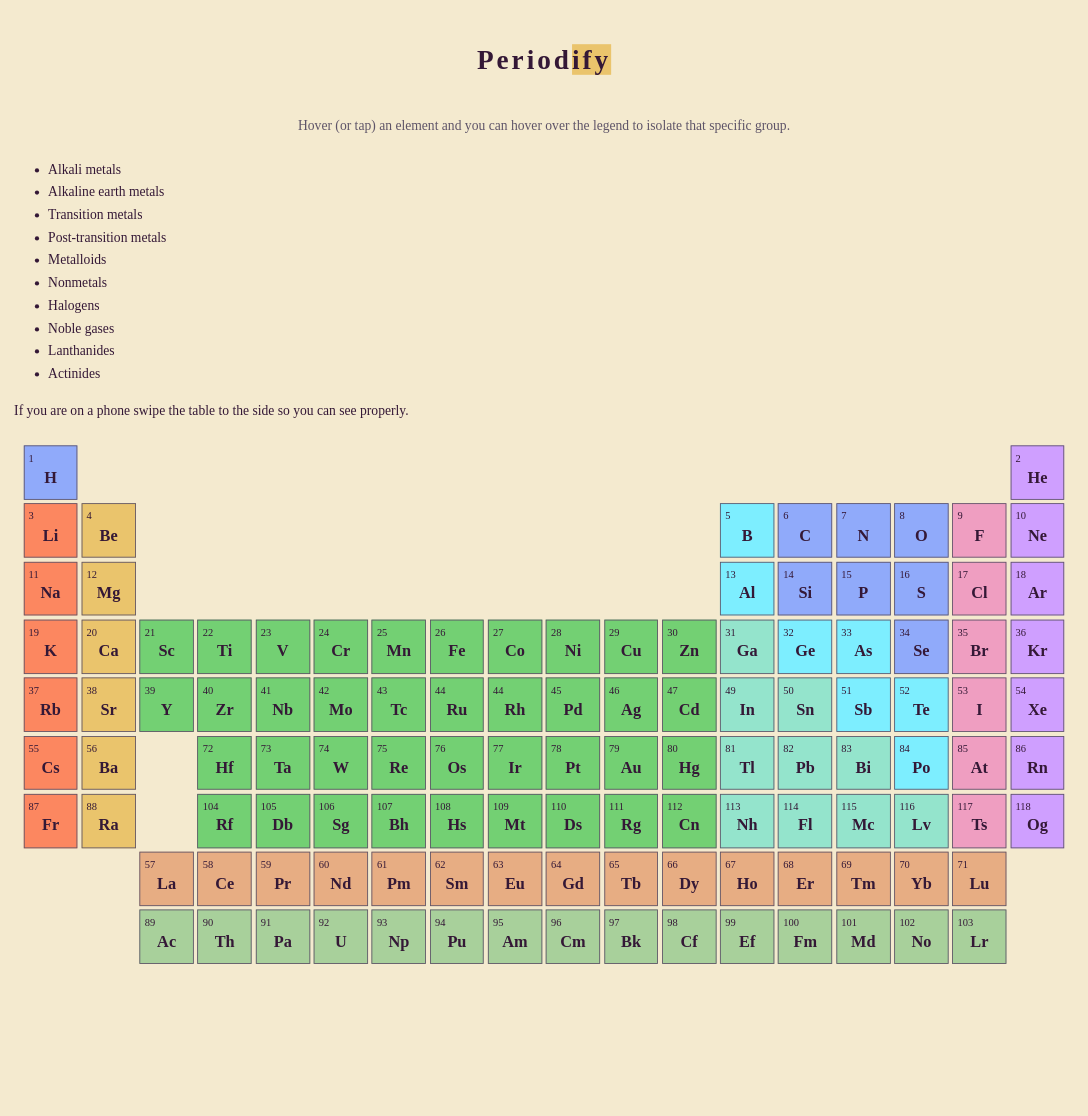
Repository: manayparikh1/Periodify
Page: index.html
These files come from the project's save history. The page is drawn as it stood at one moment and after the next save; the edit follows.
The browser window is 1280 px wide. The pictures show the whole page, at 85% of full size.

Above is the page before, as saved 2026-10-19 19:38:26.

### index.html
<!DOCTYPE html>
<html lang="en">

<head>
    <meta charset="UTF-8">
    <meta name="viewport" content="width=device-width, initial-scale=1.0">
    <title>Periodify</title>
</head>

<body>
    <!-- === HTML STARTS here===-->
    <header>
        <h1>Period<span>ify</span></h1>
        <p>Hover (or tap) an element and you can hover over the legend to isolate that specific group.</p>
    </header>
    <!-- === Legend === -->
    <ul class="legend">
        <li class="k-ak" style="--c: var(--ak);">Alkali metals</li>
        <li class="k-ae" style="--c: var(--ae);">Alkaline earth metals</li>
        <li class="k-tm" style="--c: var(--tm);">Transition metals</li>
        <li class="k-pt" style="--c: var(--pt);">Post-transition metals</li>
        <li class="k-md" style="--c: var(--md);">Metalloids</li>
        <li class="k-nm" style="--c: var(--nm);">Nonmetals</li>
        <li class="k-hg" style="--c: var(--hg);">Halogens</li>
        <li class="k-hl" style="--c: var(--hl);">Noble gases</li>
        <li class="k-la" style="--c: var(--la);">Lanthanides</li>
        <li class="k-ac" style="--c: var(--ac);">Actinides</li>
    </ul>
    <p class="hint">If you are on a phone swipe the table to the side so you can see properly.</p>
    <div class="scroll">
        <div class="table">

            <!-- The first period -->
            <div class="el nm" tabindex="0"><i>1</i><b>H</b><span>Hydrogen<br>Atomic mass = 1.008</span></div>
            <div class="gap" style="--n:16"></div>
            <!-- Gives a 16 element gap because hydron and helium are not in the same column -->
            <div class="el ng" tabindex="0"><i>2</i><b>He</b><span>Helium<br>Atomic mass = 4.003</span></div>
            <!-- The second period -->
            <div class="el ak" tabindex="0"><i>3</i><b>Li</b><span>Lithium<br>Atomic mass = 6.94</span></div>
            <div class="el ae" tabindex="0"><i>4</i><b>Be</b><span>Beryllium<br>Atomic mass = 9.012</span></div>
            <div class="gap" style="--n:10"></div>
            <div class="el md" tabindex="0"><i>5</i><b>B</b><span>Boron<br>Atomic mass = 10.81</span></div>
            <div class="el nm" tabindex="0"><i>6</i><b>C</b><span>Carbon<br>Atomic mass = 12.01</span></div>
            <div class="el nm" tabindex="0"><i>7</i><b>N</b><span>Nitrogen<br>Atomic mass = 14.01</span></div>
            <div class="el nm" tabindex="0"><i>8</i><b>O</b><span>Oxygen<br>Atomic mass = 16.00</span></div>
            <div class="el hg" tabindex="0"><i>9</i><b>F</b><span>Fluorine<br>Atomic mass = 19.00</span></div>
            <div class="el ng" tabindex="0"><i>10</i><b>Ne</b><span>Neon<br>Atomic mass = 20.18</span></div>
            <!-- The third period -->
            <div class="el ak" tabindex="0"><i>11</i><b>Na</b><span>Sodium<br>Atomic mass = 22.99</span></div>
            <div class="el ae" tabindex="0"><i>12</i><b>Mg</b><span>Magnesium<br>Atomic mass = 24.31</span></div>
            <div class="gap" style="--n:10"></div>
            <div class="el md" tabindex="0"><i>13</i><b>Al</b><span>Aluminum<br>Atomic mass = 26.98</span></div>
            <div class="el nm" tabindex="0"><i>14</i><b>Si</b><span>Silicon<br>Atomic mass = 28.09</span></div>
            <div class="el nm" tabindex="0"><i>15</i><b>P</b><span>Phosphorus<br>Atomic mass = 30.97</span></div>
            <div class="el nm" tabindex="0"><i>16</i><b>S</b><span>Sulfur<br>Atomic mass = 32.06</span></div>
            <div class="el hg" tabindex="0"><i>17</i><b>Cl</b><span>Chlorine<br>Atomic mass = 35.45</span></div>
            <div class="el ng" tabindex="0"><i>18</i><b>Ar</b><span>Argon<br>Atomic mass = 39.95</span></div>
            <!-- the fourth period -->
            <div class="el ak" tabindex="0"><i>19</i><b>K</b><span>Potassium<br>Atomic mass = 39.09</span></div>
            <div class="el ae" tabindex="0"><i>20</i><b>Ca</b><span>Calcium<br>Atomic mass = 40.08</span></div>
            <div class="el tm" tabindex="0"><i>21</i><b>Sc</b><span>Scandium<br>Atomic mass = 44.96</span></div>
            <div class="el tm" tabindex="0"><i>22</i><b>Ti</b><span>Titanium<br>Atomic mass = 47.87</span></div>
            <div class="el tm" tabindex="0"><i>23</i><b>V</b><span>Vanadium<br>Atomic mass = 50.94</span></div>
            <div class="el tm" tabindex="0"><i>24</i><b>Cr</b><span>Chromium<br>Atomic mass = 52.00</span></div>
            <div class="el tm" tabindex="0"><i>25</i><b>Mn</b><span>Manganese<br>Atomic mass = 54.94</span></div>
            <div class="el tm" tabindex="0"><i>26</i><b>Fe</b><span>Iron<br>Atomic mass = 55.85</span></div>
            <div class="el tm" tabindex="0"><i>27</i><b>Co</b><span>Cobalt<br>Atomic mass = 58.93</span></div>
            <div class="el tm" tabindex="0"><i>28</i><b>Ni</b><span>Nickel<br>Atomic mass = 58.69</span></div>
            <div class="el tm" tabindex="0"><i>29</i><b>Cu</b><span>Copper<br>Atomic mass = 63.55</span></div>
            <div class="el tm" tabindex="0"><i>30</i><b>Zn</b><span>Zinc<br>Atomic mass = 65.38</span></div>
            <div class="el pt" tabindex="0"><i>31</i><b>Ga</b><span>Gallium<br>Atomic mass = 69.72</span></div>
            <div class="el md" tabindex="0"><i>32</i><b>Ge</b><span>Germanium<br>Atomic mass = 72.63</span></div>
            <div class="el md" tabindex="0"><i>33</i><b>As</b><span>Arsenic<br>Atomic mass = 74.92</span></div>
            <div class="el nm" tabindex="0"><i>34</i><b>Se</b><span>Selenium<br>Atomic mass = 78.96</span></div>
            <div class="el hg" tabindex="0"><i>35</i><b>Br</b><span>Bromine<br>Atomic mass = 79.90</span></div>
            <div class="el ng" tabindex="0"><i>36</i><b>Kr</b><span>Krypton<br>Atomic mass = 83.80</span></div>
            <!-- the fifth period -->
            <div class="el ak" tabindex="0"><i>37</i><b>Rb</b><span>Rubidium<br>Atomic mass = 85.47</span></div>
            <div class="el ae" tabindex="0"><i>38</i><b>Sr</b><span>Strontium<br>Atomic mass = 87.62</span></div>
            <div class="el tm" tabindex="0"><i>39</i><b>Y</b><span>Yttrium<br>Atomic mass = 88.91</span></div>
            <div class="el tm" tabindex="0"><i>40</i><b>Zr</b><span>Zirconium<br>Atomic mass = 91.22</span></div>
            <div class="el tm" tabindex="0"><i>41</i><b>Nb</b><span>Niobium<br>Atomic mass = 92.91</span></div>
            <div class="el tm" tabindex="0"><i>42</i><b>Mo</b><span>Molybdenum<br>Atomic mass = 95.95</span></div>
            <div class="el tm" tabindex="0"><i>43</i><b>Tc</b><span>Technetium<br>Atomic mass = 98.00</span></div>
            <div class="el tm" tabindex="0"><i>44</i><b>Ru</b><span>Ruthenium<br>Atomic mass = 101.07</span></div>
            <div class="el tm" tabindex="0"><i>44</i><b>Rh</b><span>Rhodium<br>Atomic mass = 102.91</span></div>
            <div class="el tm" tabindex="0"><i>45</i><b>Pd</b><span>Palladium<br>Atomic mass = 106.42</span></div>
            <div class="el tm" tabindex="0"><i>46</i><b>Ag</b><span>Silver<br>Atomic mass = 107.87</span></div>
            <div class="el tm" tabindex="0"><i>47</i><b>Cd</b><span>Cadmium<br>Atomic mass = 112.41</span></div>
            <div class="el pt" tabindex="0"><i>49</i><b>In</b><span>Indium<br>Atomic mass = 114.82</span></div>
            <div class="el pt" tabindex="0"><i>50</i><b>Sn</b><span>Tin<br>Atomic mass = 118.71</span></div>
            <div class="el md" tabindex="0"><i>51</i><b>Sb</b><span>Antimony<br>Atomic mass = 121.76</span></div>
            <div class="el md" tabindex="0"><i>52</i><b>Te</b><span>Tellurium<br>Atomic mass = 127.60</span></div>
            <div class="el hg" tabindex="0"><i>53</i><b>I</b><span>Iodine<br>Atomic mass = 126.90</span></div>
            <div class="el ng" tabindex="0"><i>54</i><b>Xe</b><span>Xenon<br>Atomic mass = 131.29</span></div>
            <!-- the sixth period -->
            <div class="el ak" tabindex="0"><i>55</i><b>Cs</b><span>Caesium<br>Atomic mass = 132.91</span></div>
            <div class="el ae" tabindex="0"><i>56</i><b>Ba</b><span>Barium<br>Atomic mass = 137.33</span></div>
            <!-- this is the gap for the lanthanoids  group (goes to hafnium straight)-->
            <div class="gap" style="--n:1"></div>
            <div class="el tm" tabindex="0"><i>72</i><b>Hf</b><span>Hafnium<br>Atomic mass = 178.49</span></div>
            <div class="el tm" tabindex="0"><i>73</i><b>Ta</b><span>Tantalum<br>Atomic mass = 180.95</span></div>
            <div class="el tm" tabindex="0"><i>74</i><b>W</b><span>Tungsten<br>Atomic mass = 183.84</span></div>
            <div class="el tm" tabindex="0"><i>75</i><b>Re</b><span>Rhenium<br>Atomic mass = 186.21</span></div>
            <div class="el tm" tabindex="0"><i>76</i><b>Os</b><span>Osmium<br>Atomic mass = 190.23</span></div>
            <div class="el tm" tabindex="0"><i>77</i><b>Ir</b><span>Iridium<br>Atomic mass = 192.22</span></div>
            <div class="el tm" tabindex="0"><i>78</i><b>Pt</b><span>Platinum<br>Atomic mass = 195.08</span></div>
            <div class="el tm" tabindex="0"><i>79</i><b>Au</b><span>Gold<br>Atomic mass = 196.97</span></div>
            <div class="el tm" tabindex="0"><i>80</i><b>Hg</b><span>Mercury<br>Atomic mass = 200.59</span></div>
            <div class="el pt" tabindex="0"><i>81</i><b>Tl</b><span>Thallium<br>Atomic mass = 204.38</span></div>
            <div class="el pt" tabindex="0"><i>82</i><b>Pb</b><span>Lead<br>Atomic mass = 207.2</span></div>
            <div class="el pt" tabindex="0"><i>83</i><b>Bi</b><span>Bismuth<br>Atomic mass = 208.98</span></div>
            <div class="el md" tabindex="0"><i>84</i><b>Po</b><span>Polonium<br>Atomic mass = 209.00</span></div>
            <div class="el hg" tabindex="0"><i>85</i><b>At</b><span>Astatine<br>Atomic mass = 209.99</span></div>
            <div class="el ng" tabindex="0"><i>86</i><b>Rn</b><span>Radon<br>Atomic mass = 222.00</span></div>
            <!-- the seventh period -->
            <div class="el ak" tabindex="0"><i>87</i><b>Fr</b><span>Francium<br>Atomic mass = 223.00</span></div>
            <div class="el ae" tabindex="0"><i>88</i><b>Ra</b><span>Radium<br>Atomic mass = 226.00</span></div>
            <!-- this gap is the space for the Actinide block -->
            <div class="gap" style="--n:1"></div>
            <div class="el tm" tabindex="0"><i>104</i><b>Rf</b><span>Rutherfordium<br>Atomic mass = 267.00</span></div>
            <div class="el tm" tabindex="0"><i>105</i><b>Db</b><span>Dubnium<br>Atomic mass = 268.00</span></div>
            <div class="el tm" tabindex="0"><i>106</i><b>Sg</b><span>Seaborgium<br>Atomic mass = 269.00</span></div>
            <div class="el tm" tabindex="0"><i>107</i><b>Bh</b><span>Bhorium<br>Atomic mass = 270.00</span></div>
            <div class="el tm" tabindex="0"><i>108</i><b>Hs</b><span>Hassium<br>Atomic mass = 270.00</span></div>
            <div class="el tm" tabindex="0"><i>109</i><b>Mt</b><span>Meitnerium<br>Atomic mass = 278.00</span></div>
            <div class="el tm" tabindex="0"><i>110</i><b>Ds</b><span>Darmstadtium<br>Atomic mass = 281.00</span></div>
            <div class="el tm" tabindex="0"><i>111</i><b>Rg</b><span>Roentgenium<br>Atomic mass = 282.00</span></div>
            <div class="el tm" tabindex="0"><i>112</i><b>Cn</b><span>Copernicium<br>Atomic mass = 285.00</span></div>
            <div class="el pt" tabindex="0"><i>113</i><b>Nh</b><span>Nihonium<br>Atomic mass = 286.00</span></div>
            <div class="el pt" tabindex="0"><i>114</i><b>Fl</b><span>Flerovium<br>Atomic mass = 289.00</span></div>
            <div class="el pt" tabindex="0"><i>115</i><b>Mc</b><span>Moscovium<br>Atomic mass = 290.00</span></div>
            <div class="el pt" tabindex="0"><i>116</i><b>Lv</b><span>Livermorium<br>Atomic mass = 293.00</span></div>
            <div class="el hg" tabindex="0"><i>117</i><b>Ts</b><span>Tennessine<br>Atomic mass = 294.00</span></div>
            <div class="el ng" tabindex="0"><i>118</i><b>Og</b><span>Oganesson<br>Atomic mass = 294.00</span></div>
            <!-- the lanthanoids -->
            <div class="gap" style="--n:2"></div>
            <div class="el la" tabindex="0"><i>57</i><b>La</b><span>Lanthanum<br>Atomic mass = 138.91</span></div>
            <div class="el la" tabindex="0"><i>58</i><b>Ce</b><span>Cerium<br>Atomic mass = 140.12</span></div>
            <div class="el la" tabindex="0"><i>59</i><b>Pr</b><span>Praseodymium<br>Atomic mass = 140.91</span></div>
            <div class="el la" tabindex="0"><i>60</i><b>Nd</b><span>Neodymium<br>Atomic mass = 144.24</span></div>
            <div class="el la" tabindex="0"><i>61</i><b>Pm</b><span>Promethium<br>Atomic mass = 145.00</span></div>
            <div class="el la" tabindex="0"><i>62</i><b>Sm</b><span>Samarium<br>Atomic mass = 150.36</span></div>
            <div class="el la" tabindex="0"><i>63</i><b>Eu</b><span>Europium<br>Atomic mass = 151.96</span></div>
            <div class="el la" tabindex="0"><i>64</i><b>Gd</b><span>Gadollinium<br>Atomic mass = 157.25</span></div>
            <div class="el la" tabindex="0"><i>65</i><b>Tb</b><span>Terbium<br>Atomic mass = 158.93</span></div>
            <div class="el la" tabindex="0"><i>66</i><b>Dy</b><span>Dysprosium<br>Atomic mass = 162.50</span></div>
            <div class="el la" tabindex="0"><i>67</i><b>Ho</b><span>Holmium<br>Atomic mass = 164.93</span></div>
            <div class="el la" tabindex="0"><i>68</i><b>Er</b><span>Erbium<br>Atomic mass = 167.26</span></div>
            <div class="el la" tabindex="0"><i>69</i><b>Tm</b><span>Thulium<br>Atomic mass = 168.93</span></div>
            <div class="el la" tabindex="0"><i>70</i><b>Yb</b><span>Ytterbium<br>Atomic mass = 173.05</span></div>
            <div class="el la" tabindex="0"><i>71</i><b>Lu</b><span>Lutetium<br>Atomic mass = 174.97</span></div>
            <div class="gap" style="--n:1"></div>

            <!-- the actinides section -->
            <div class="gap" style="--n:2"></div>
            <div class="el ac" tabindex="0"><i>89</i><b>Ac</b><span>Actinium<br>Atomic mass = 227.00</span></div>
            <div class="el ac" tabindex="0"><i>90</i><b>Th</b><span>Thorium<br>Atomic mass = 232.04</span></div>
            <div class="el ac" tabindex="0"><i>91</i><b>Pa</b><span>Protactinium<br>Atomic mass = 231.04</span></div>
            <div class="el ac" tabindex="0"><i>92</i><b>U</b><span>Uranium<br>Atomic mass = 238.03</span></div>
            <div class="el ac" tabindex="0"><i>93</i><b>Np</b><span>Neptunium<br>Atomic mass = 237.00</span></div>
            <div class="el ac" tabindex="0"><i>94</i><b>Pu</b><span>Plutonium<br>Atomic mass = 244.00</span></div>
            <div class="el ac" tabindex="0"><i>95</i><b>Am</b><span>Americium<br>Atomic mass = 243.00</span></div>
            <div class="el ac" tabindex="0"><i>96</i><b>Cm</b><span>Curium<br>Atomic mass = 247.00</span></div>
            <div class="el ac" tabindex="0"><i>97</i><b>Bk</b><span>Berkelium<br>Atomic mass = 247.00</span></div>
            <div class="el ac" tabindex="0"><i>98</i><b>Cf</b><span>Californium<br>Atomic mass = 251.00</span></div>
            <div class="el ac" tabindex="0"><i>99</i><b>Ef</b><span>Einsteinium<br>Atomic mass = 252.00</span></div>
            <div class="el ac" tabindex="0"><i>100</i><b>Fm</b><span>Fermium<br>Atomic mass = 257.00</span></div>
            <div class="el ac" tabindex="0"><i>101</i><b>Md</b><span>Mendelevium<br>Atomic mass = 258.00</span></div>
            <div class="el ac" tabindex="0"><i>102 </i><b>No </b><span>Nobelium<br>Atomic mass = 259.00</span></div>
            <div class="el ac" tabindex="0"><i>103</i><b>Lr</b><span>Lawrencium<br>Atomic mass = 266.00</span></div>
            <div class="gap" style="--n:1"></div>
        </div>
    </div>

    <!-- the HTML ENDS here and css starts=== -->
    <style>
        :root {
            --colouring: #341836;
            --main: #5e5468;
            --papercolor: #f4eacf;

            --ak: #fc8760;
            --ae: #eac46c;
            --tm: #73d073;
            --pt: #94e4cc;
            --md: #7deeff;
            --nm: #90aafa;
            --hl: #cf9fff;
            --hg: #ef9ec1;
            --la: #e7ad83;
            --ac: #a8d09b;
        }

        /* The page (looks) (its gonna look like a notebook)*/

        * {
            box-sizing: border-box;
        }

        body {
            margin: 0;
            padding: 23px 16.6px 48.5px;
            background: var(--papercolor);
            color: var(--colouring);
            font-family: "Comic Sans MS", "Comic Sans", "Comic Neue", "Chalkboard SE", cursive;
            line-height: 1.67;
        }

        header {
            text-align: center;
            margin-bottom: 25px;
        }

        h1 {
            text-align: center;
            margin-bottom: 37px;
            letter-spacing: 3.5px;
        }

        h1 span {
            background: var(--ae);
        }

        header p {
            margin: 5.5px 0 0;
            color: var(--main);
        }

        /* -- the periodic table part -- */
        .scroll {
            overflow-x: auto;
            padding: 11.5px 11px 130px;
        }

        .table {
            display: grid;
            grid-template-columns: repeat(18, minmax(54px, 1fr));
            gap: 4.6px;
            min-width: 1060px;
            max-width: 1414px;
            margin: 0 auto;
        }

        .gap {
            grid-column: span var(--n);
        }

        .gap.row {
            height: 14px;
        }

        .el {
            position: relative;
            aspect-ratio: 1/1;
            border: 1.4px solid var(--main);
            padding: 4px 5px;
            /*basically each elements box size*/
            cursor: pointer;
        }

        .el i {
            font-style: normal;
            font-size: 0.77rem;
            display: block;
        }

        .el b {
            display: block;
            font-size: 1.2rem;
            text-align: center;
            line-height: 1.2;
        }


        /* thing willl basically stay hidden unless u hover or tap a title*/

        .el span {

            display: none;
            position: absolute;
            top: 110%;
            left: 55%;
            transform: translateX(-45%);
            width: 148px;
            padding: 8.5px 10.5px;
            background: #caf4cb;
            border: 1.65px solid var(--main);
            font-size: 0.74rem;
            text-align: center;
            z-index: 9;
        }

        .el:hover span,
        .el:focus span {
            display: block;
        }

        /*hovering colours*/

        .ak {
            background: var(--ak);
        }

        .ae {
            background: var(--ae);
        }

        .tm {
            background: var(--tm);
        }

        .pt {
            background: var(--pt);
        }

        .md {
            background: var(--md);
        }

        .nm {
            background: var(--nm);
        }

        .hg {
            background: var(--hg);
        }

        .ng {
            background: var(--hl);
        }

        .la {
            background: var(--la);
        }

        .ac {
            background: var(--ac);
        }

After the next save:
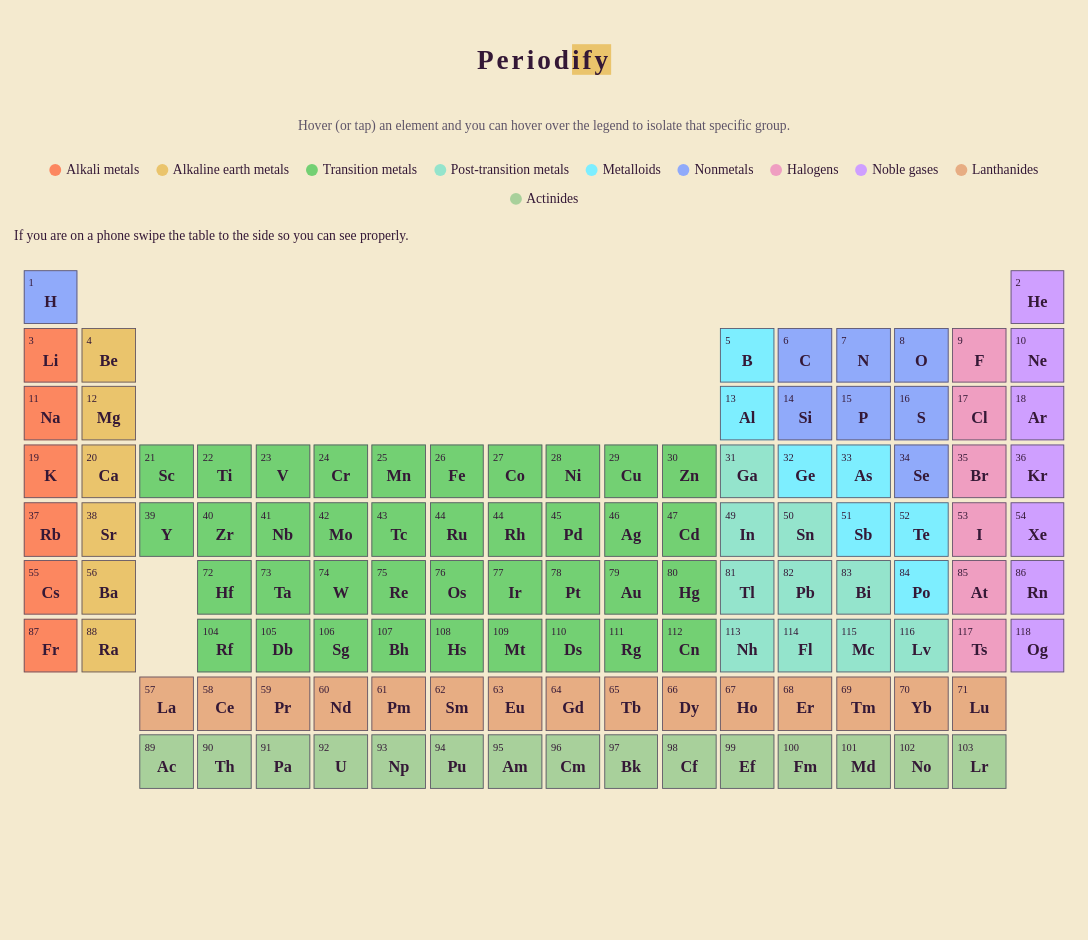
Saved 5 min 0 s later.
--- a/index.html
+++ b/index.html
@@ -337,3 +337,30 @@
         .ac {
             background: var(--ac);
         }
+
+        /* the legend part */
+
+        .legend {
+            list-style: none;
+            /*takes away numbered list*/
+            display: flex;
+            flex-wrap: wrap;
+            /*organizes the legend*/
+            justify-content: center;
+            gap: 7.5px 20px;
+            padding: 0;
+        }
+
+        .legend li {
+            display: flex;
+            align-items: center;
+            gap: 5.6px;
+        }
+
+        .legend li::before {
+            content: "";
+            width: 14px;
+            height: 14px;
+            border-radius: 50%;
+            background: var(--c);
+        }
